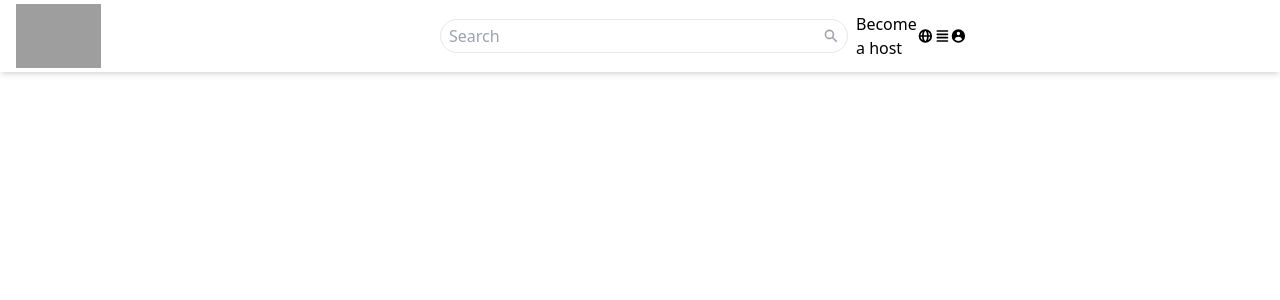
Repository: BroDudeeee/Airbnb-Clone
Page: /
These files come from the project's save history. The page is drawn as it stood at one moment and after the next save; the edit follows.
The browser window is 1280 px wide. The pictures show the whole page.
Pictures or frames that could not be fetched are drawn as grey boxes. The project was rebuilt for these pictures with package versions that can differ from the ones it lists, and the page was loaded fresh each time. The framework's server and built-in components were replaced by stand-ins that run in the browser. Also part of the build but not shown: next.config.js.

Above is the page before, as saved 2022-06-20 20:53:40.

After the next save:
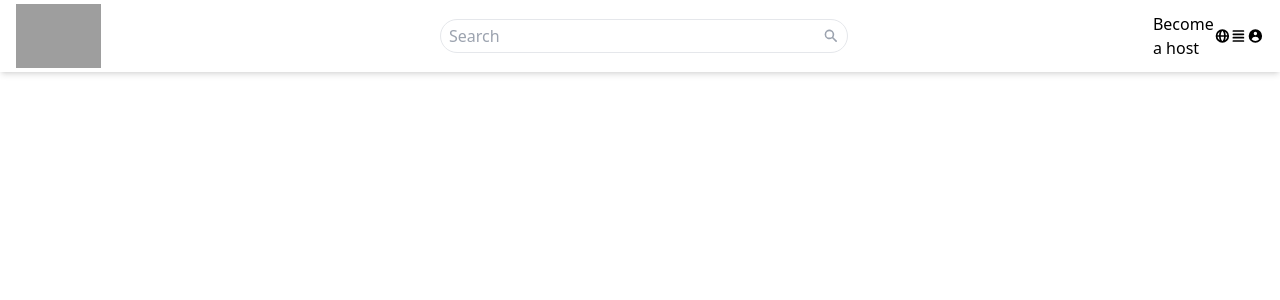
Saved 11 s later.
--- a/components/Header.js
+++ b/components/Header.js
@@ -27,7 +27,7 @@ const Header = () => {
       </div>
 
       {/* Right */}
-      <div className='flex'>
+      <div className='flex justify-end'>
         <div className='flex'>
           <p>Become a host</p>
           <GlobeAltIcon />
